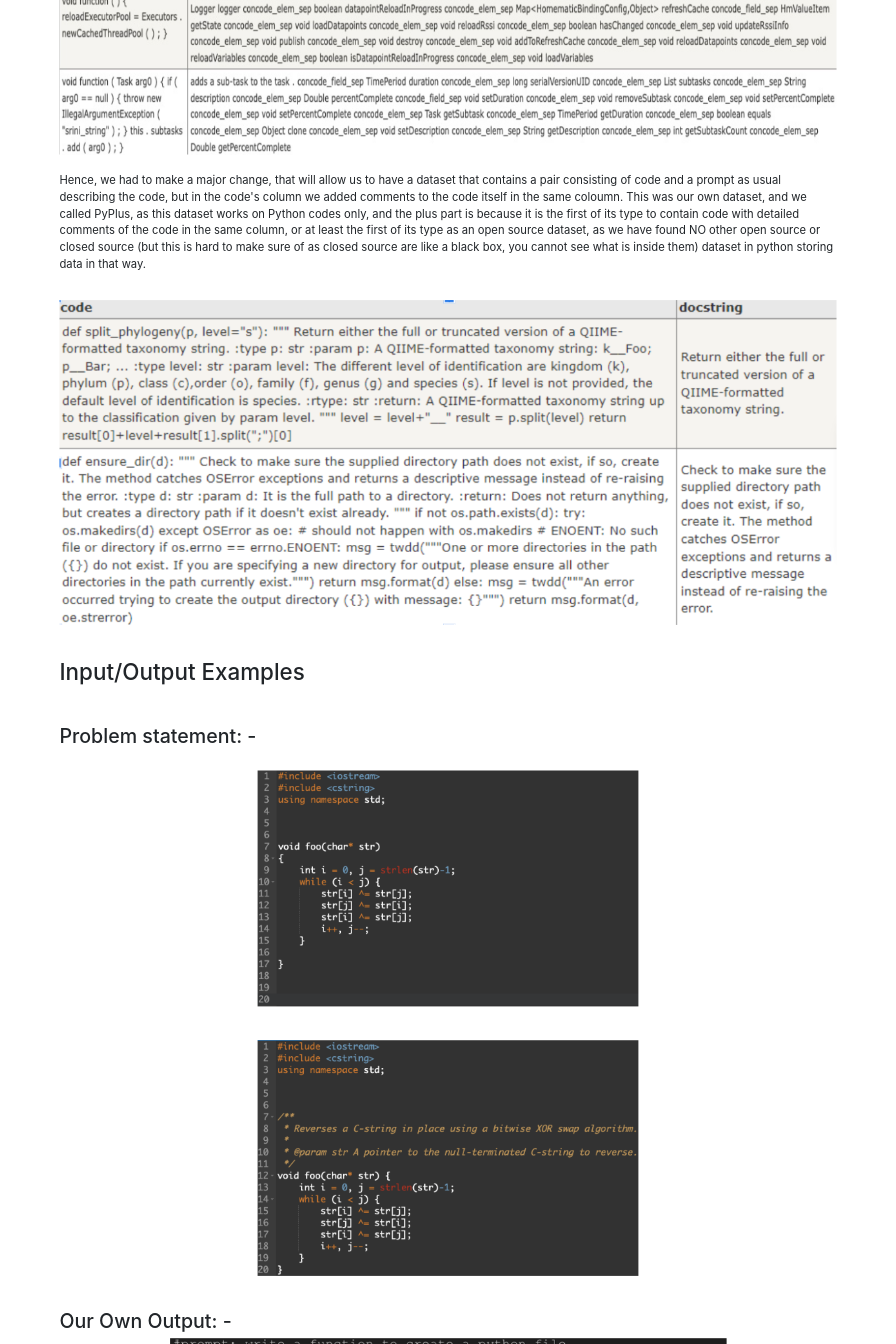
Repository: Shaalan-omar/ConcodePlus
Page: team-specific/index.html
The author's editor kept a copy of each file at every save. The page is drawn from the files as they stood at one save, then again after the next save.
The browser window is 1280 px wide. The pictures show the part of the page from y = 1034 to 2954 px (the page is 10460 px tall before and 10550 px after), at 70% of full size.

Above is the page before, as saved 2023-05-14 11:12:30.

### team-specific/index.html
<!DOCTYPE html>
<html lang="en">

<head>

  <meta charset="utf-8">
  <meta name="viewport" content="width=device-width, initial-scale=1, shrink-to-fit=no">
  <meta name="description" content="">
  <meta name="author" content="">

  <title>Code Generation / Documentation model based on CodeT5</title>

  <!-- Bootstrap core CSS -->
  <link href="../vendor/bootstrap/css/bootstrap.min.css" rel="stylesheet">

</head>

<body>

  <!-- Navigation -->
  <nav class="navbar navbar-expand-lg navbar-dark bg-dark static-top">
    <div class="container">
      <a class="navbar-brand" href="../home.html">Practical Machine Deep Learning</a>
      <button class="navbar-toggler" type="button" data-toggle="collapse" data-target="#navbarResponsive" aria-controls="navbarResponsive" aria-expanded="false" aria-label="Toggle navigation">
        <span class="navbar-toggler-icon"></span>
      </button>
      <div class="collapse navbar-collapse" id="navbarResponsive">
        <ul class="navbar-nav ml-auto">
          <li class="nav-item active">
            <a class="nav-link" href="../home.html">Home
              <span class="sr-only">(current)</span>
            </a>
          </li>
          <li class="nav-item">
            <a class="nav-link" href="../about.html">About</a>
          </li>
          <li class="nav-item">
            <a class="nav-link" href="../contact.html">Contact</a>
          </li>
        </ul>
      </div>
    </div>
  </nav>

  <!-- Page Content -->
  <div class="container">
    <div class="row">
      <div class="col-lg-12 text-center">
        <h1 class="mt-5">Code Generation / Documentation model based on CodeT5</h1>
        <ul class="list-unstyled">
          <li>Omar Shaalan 900193887</li>
          <li>Kyrollos Zakarya 900203309</li>
        </ul>
      </div>
    </div>


    <div class="row">
      <div class="col-lg-12 text-left">
        <h2 class="mt-5"></h2>
		<p>
			Code generation is a very important in our current daily life. However, the documentation of the code is beyond important too,
      we need the code that is generated to have a documentation generated with it in order to be able to generate a code that is understandable
      and increase the efficency (we increase the efficency of the code by providing commented code, so it will be easier to understand and reuse or extract the
       needed parts from it)
		</p>
      </div>
    </div>

    <div class="row">
      <div class="col-lg-12 text-left">
        <h2 class="mt-5">Dataset</h2>

        <h3 class="mt-5">Old Dataset: -</h3>
        <p>
			Our initial plan was to work with the Cocode's task dataset (concode is the code generation task), this was initially our intution
      as our task, ConcodePlus(the commented code generation task), was going to generate the code that concode generated but with comments. However,
      in concode's dataset we only had the code and the Natural Language describing the code, but no dataset had the code itself with comments in the same coloumn,
      this of course limited our ways
      to train the model on genreating a documented code, as we had no clear dataset that had code, comments for that code, all we had was datasets having code and
      a natural language describing the code, as illustrated in the visualization of the Concode's dataset below.
    </p>
    <br/> <!-- Empty Line before the image -->
    <div class="img-container" align="center"> <!-- Block parent element -->
        <img src="resources/images/concode.png" class="img-fluid text-center">
    </div>
    <br/> <!-- Empty Line after the image -->
<p>
  Hence, we had to make a major change, that will allow us to have a dataset that contains a pair consisting of code and a prompt as usual describing
      the code, but in the code's column we added comments to the code itself in the same coloumn.
      This was our own dataset, and we called PyPlus, as this dataset works on Python codes only, and the plus part is because it is the first of its
      type to contain code with detailed comments of the code in the same column, or at least the first
      of its type as an open source dataset, as we have found NO other open source or closed source (but this is hard to make sure of as closed source
      are like a black box, you cannot see what is inside them) dataset in python storing data in that way.
</p>
<br/> <!-- Empty Line before the image -->
<div class="img-container" align="center"> <!-- Block parent element -->
    <img src="resources/images/dataset.png" class="img-fluid text-center">
</div>

      </div>
    </div>

    <div class="row">
      <div class="col-lg-12 text-left">
        <h2 class="mt-5">Input/Output Examples</h2>
   <br>
      </br>
        <h3>
			 Problem statement: -
        </h3>

		<br/> <!-- Empty Line before the image -->
	    <div class="img-container" align="center"> <!-- Block parent element -->
      		<img src="resources/images/Problem_Stat_1.png" class="img-fluid text-center">
    	</div>

    	<br/> <!-- Empty Line after the image -->

      <br/> <!-- Empty Line before the image -->
	    <div class="img-container" align="center"> <!-- Block parent element -->
      		<img src="resources/images/Problem_Stat_2.png" class="img-fluid text-center">
    	</div>


        <br>
      </br>
         <h3>
			 Our Own Output: -
        </h3>

      	    <div class="img-container" align="center"> <!-- Block parent element -->
      		<img src="resources/images/output_real.png" class="img-fluid text-center">
    	</div>
      <!-- <p class = "center">
        Feel the difference?
     </p> -->
     <br>
    </br>

    	<br/> <!-- Empty Line after the image -->
      </div>
    </div>


    <div class="row">
      <div class="col-lg-12 text-left">
        <h2 class="mt-5">State of the art (PARSEL)</h2>

        <p>
			Parsel is an Open AI deep learning project, it has been the state of the art in the field of code generation task aloong with code summrization as shown below in the tables and the graphs.
      It is based on the GPT architecture (Generative Pre-trained Transformer), the version of Parsel mentioned in the tables below is the 1.5B, which refers to the larges Parsel version
      existing as it uses 1.5 Billion parameters.
      Even though it is a open source, the usage of Open AI APIs limited our usage and the freedom of adding our creativity.
		</p>

	  <br/> <!-- Empty Line before the image -->
	    <div class="img-container" align="center"> <!-- Block parent element -->
      		<img src="resources/images/parsel_code_sum.png" class="img-fluid text-center">
    	</div>
    	<br/> <!-- Empty Line after the image -->

    <br/> <!-- Empty Line before the image -->
	    <div class="img-container" align="center"> <!-- Block parent element -->
      		<img src="resources/images/Parsel_code_gen.png" class="img-fluid text-center">
    	</div>
    	<br/> <!-- Empty Line after the image -->
		<br/> <!-- Empty Line before the image -->
	    <div class="img-container" align="center"> <!-- Block parent element -->
      		<img src="resources/images/parsel_1.png" class="img-fluid text-center">
    	</div>
    	<br/> <!-- Empty Line after the image -->

      <br/> <!-- Empty Line before the image -->
	    <div class="img-container" align="center"> <!-- Block parent element -->
      		<img src="resources/images/parsel_2.png" class="img-fluid text-center">
    	</div>
    	<br/> <!-- Empty Line after the image -->

      <br/> <!-- Empty Line before the image -->
	    <div class="img-container" align="center"> <!-- Block parent element -->
      		<img src="resources/images/parsel_3.png" class="img-fluid text-center">
    	</div>
    	<br/> <!-- Empty Line after the image -->
      </div>
    </div>



    <div class="row">
      <div class="col-lg-12 text-left">
        <h2 class="mt-5">Orignial Model from Literature.</h2>

        <p>
			Our model, CodeT5, has 3 main versions. The small, base, and big. The small has 60 million parameters, the big has 770 million parameters and the base version, which we worked with is 220 million parameters.
      We started with the smal version due to our limitations on Google Colab, which made it very hard to work with versions that had larger size from the parameters prespective. However, due to reaching bad results
      as explained in our previous presentations, we had to find a way around to use the base version. Using the base version worked more than fine, and we reached the desired output as shown above. Please find below
      more details about the original codeT5 model.
		</p>

		<br/> <!-- Empty Line before the image -->
	    <div class="img-container" align="center"> <!-- Block parent element -->
      		<img src="resources/images/codet5_arch.png" class="img-fluid text-center">
    	</div>
    	<br/> <!-- Empty Line after the image -->
      </div>
    </div>

    <div class="row">
      <div class="col-lg-12 text-left">
        <h2 class="mt-5">Proposed Updates</h2>


		<h5 class="mt-5">Update #1: Adding Reinforcement Learning</h5>
		<p>
			Give rewards when the generated documentation along with the code is correct and add negative rewards when the generation is not good.
		</p>
		<br/> <!-- Empty Line before the image -->
	    <div class="img-container" align="center"> <!-- Block parent element -->
      		<img src="resources/images/reinforcement.png" class="img-fluid text-center">
    	</div>
    	<br/> <!-- Empty Line after the image -->

      	<p>
			Hyperparameter tune the model. Base on one of the very famous concepts we took in our class is the concept of trial and error. Please feel free to try
      several times to change and tune the hyperprameters in order to reach better results. Feel free to share your outcomes with us.
		</p>
		<br/> <!-- Empty Line before the image -->
	    <div class="img-container" align="center"> <!-- Block parent element -->
      		<img src="resources/images/copyHyper.png" class="img-fluid text-center">
    	</div>
    	<br/> <!-- Empty Line after the image -->
      </div>
    </div>


    <div class="row">
      <div class="col-lg-12 text-left">
        <h2 class="mt-5">Results</h2>

        <p>
			Please find below our results obtained after adding our task, ConcodePlus, and the plots too.
		</p>

		<br/> <!-- Empty Line before the image -->
    	<h3 class="mt-5">It is obvious that there is something wrong with calculations of the metrics of concodePlus
      since the blue score definitely does not reflect the model performance. This can be due to the fact that we added
       a new task to the model without taking into account the synchronization required to measure these metrices for the
      new task specifically </h3>
      <div class="img-container" align="center"> <!-- Block parent element -->
      		<img src="resources/images/metrics_obtained.png" class="img-fluid text-center">
    	</div>
    	<br/> <!-- Empty Line after the image -->
	    <div class="img-container" align="center"> <!-- Block parent element -->
      		<img src="resources/images/dev_metric.png" class="img-fluid text-center">
    	</div>
    	<br/> <!-- Empty Line after the image -->
      		<br/> <!-- Empty Line before the image -->
	    <div class="img-container" align="center"> <!-- Block parent element -->
      		<img src="resources/images/dev2_metric.png" class="img-fluid text-center">
    	</div>
    	<br/> <!-- Empty Line after the image -->
      		<br/> <!-- Empty Line before the image -->
	    <div class="img-container" align="center"> <!-- Block parent element -->
      		<img src="resources/images/metric3.png" class="img-fluid text-center">
    	</div>
    	<br/> <!-- Empty Line after the image -->
      </div>
    </div>


    <div class="row">
      <div class="col-lg-12 text-left">
        <h2 class="mt-5">Technical report</h2>

        <p>
			LEft Here you will detail the details related to training, for example: Filled With KYRO
		</p>

	 	<ul>
		  <li>Programming framework</li>
		  <li>Training hardware i.e. colab or azure or anything else</li>
		  <li>Training time</li>
		  <li>Number of epochs</li>
		  <li>Time per epoch</li>
		  <li>Any other important detail or difficulties</li>
		</ul>
      </div>
    </div>

	<div class="row">
	  <div class="col-lg-12 text-left">
	    <h2 class="mt-5">Conclusion</h2>

	    <p>
			In conclusion we have reached our goal by generating documented code by adding the new task, ConcodePlus to CodeT5, and by creating a new dataset which is PyPlus. As shown in the output provided above it is clear that our code has a documentation of the purpose of the function. We have some promising results and some results that still need to work on.
      We also have room for future improvement, which is adding the reinforcement learning to the ConcodePlus. One of the very nice lessons that we learned was the visualization of what we theortically studied in class, the project was more challenging than the assignments and that made us more motivated and dedicated towards having the desired output. We also
      learned how to work as a team to achieve the maximum potential and the maximum benefit. A very intersting finding was not found, but actually it was created, which was the dataset modification. Both of us would have never imagined that we would create a dataset that fits for these type of problems and projects, this dataset may be the first step in a world
      of trials and great achievements in the code generation models in the future.
		</p>

	  </div>
	</div>

	<div class="row">
	  <div class="col-lg-12 text-left">
	    <h2 class="mt-5">References</h2>

	    <p>
	    	List all references here, the following are only examples
	    </p>

		<ol>
		  <li><a href="https://arxiv.org/pdf/2212.10561v2.pdf">Parsel Paper</a></li>
      <li><a href="https://microsoft.github.io/CodeXGLUE/">Parsel Code Summarization Table</a></li>
      <li><a href="https://microsoft.github.io/CodeXGLUE/">Parsel Code Generation Table</a></li>
		  <li><a href="https://arxiv.org/pdf/2109.00859v1.pdf">CodeT5 Paper</a></li>
		  <li><a href="https://medium.com/analytics-vidhya/t5-a-detailed-explanation-a0ac9bc53e51">CodeT5 Architecture Paper</a></li>
		  <li><a href="http://www.google.com">Dataset Link LEFT need to upload it to github</a></li>
		</ol>
	  </div>
	</div>

  </div>



  <!-- Bootstrap core JavaScript -->
  <script src="../vendor/jquery/jquery.slim.min.js"></script>
  <script src="../vendor/bootstrap/js/bootstrap.bundle.min.js"></script>

</body>

</html>

Loaded but not shown: vendor/bootstrap/css/bootstrap.min.css (library); vendor/jquery/jquery.slim.min.js (library); vendor/bootstrap/js/bootstrap.bundle.min.js (library)

After the next save:
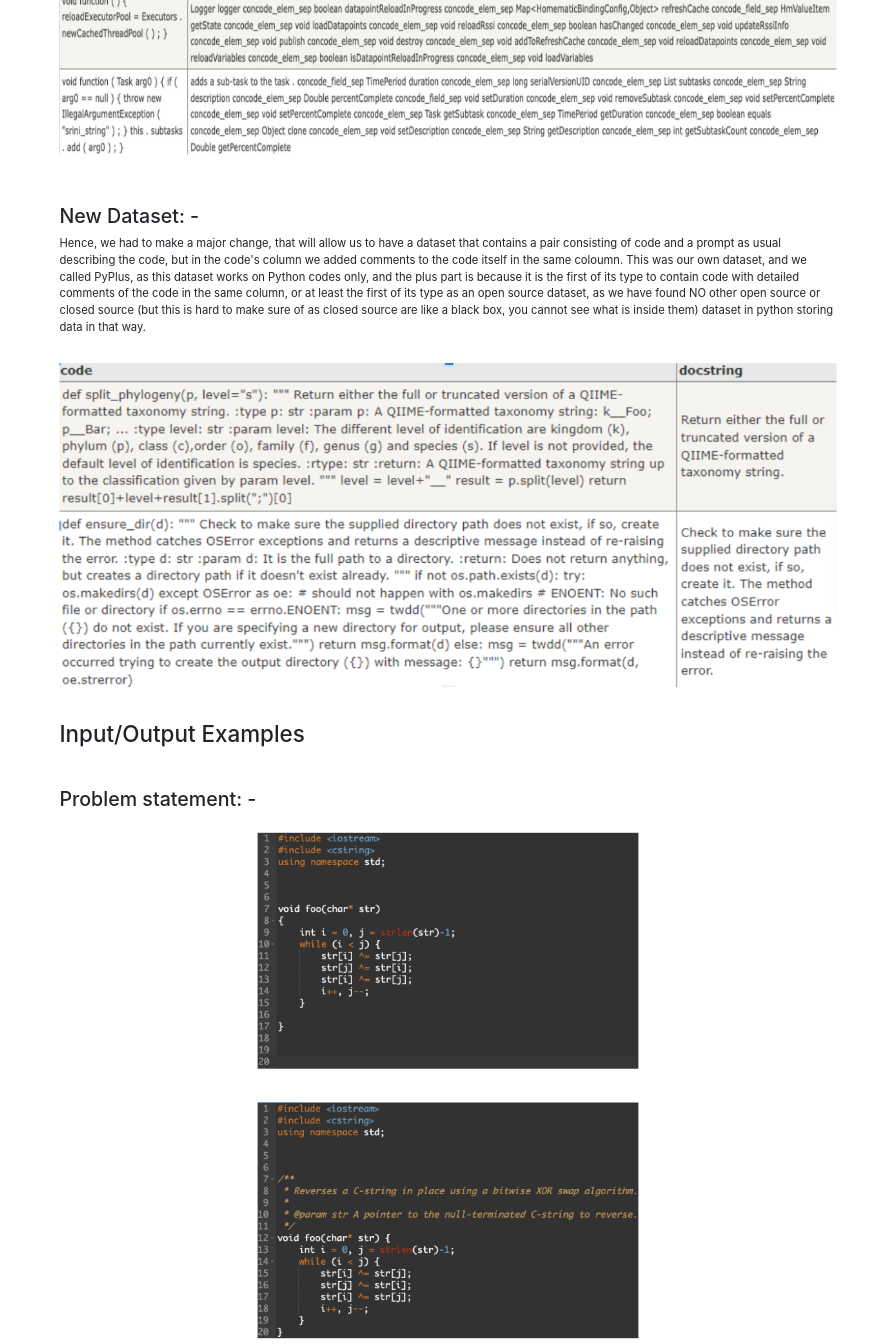
Saved 17 s later.
--- a/team-specific/index.html
+++ b/team-specific/index.html
@@ -85,7 +85,8 @@
         <img src="resources/images/concode.png" class="img-fluid text-center">
     </div>
     <br/> <!-- Empty Line after the image -->
-<p>
+    <h3 class="mt-5">New Dataset: -</h3>
+    <p>
   Hence, we had to make a major change, that will allow us to have a dataset that contains a pair consisting of code and a prompt as usual describing
       the code, but in the code's column we added comments to the code itself in the same coloumn.
       This was our own dataset, and we called PyPlus, as this dataset works on Python codes only, and the plus part is because it is the first of its
